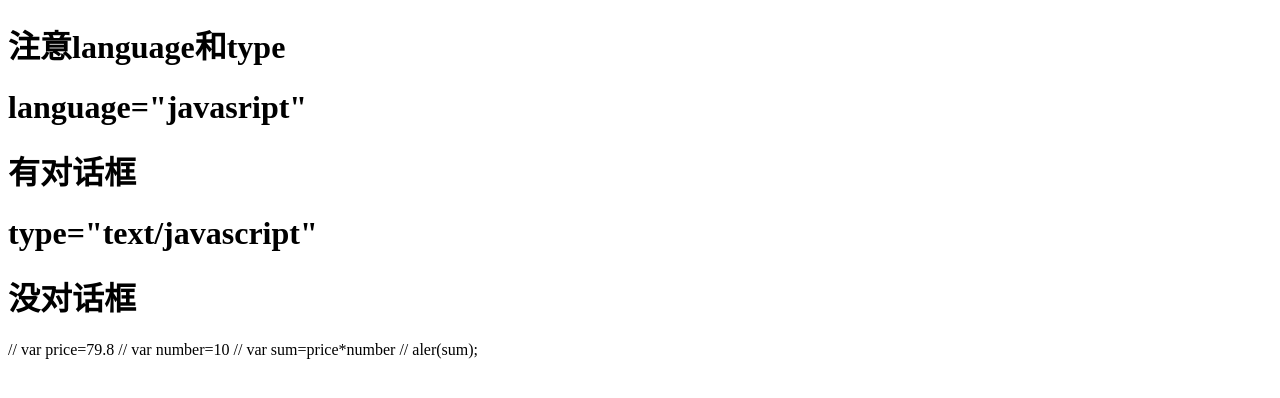
Repository: bookFireFly/bookFireFly
Page: JavaScriptMingriBook/Main/01算术运算符.html
The author's editor kept a copy of each file at every save. The page is drawn from the files as they stood at one save, then again after the next save.
The browser window is 1280 px wide. The pictures show the whole page.

Above is the page before, as saved 2017-10-18 09:41:38.

After the next save:
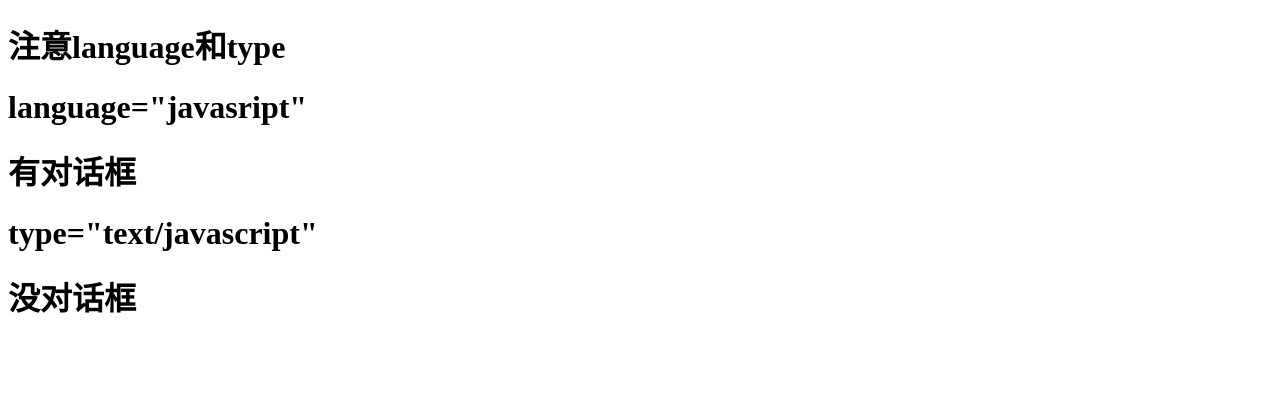
Console error: ReferenceError: aler is not defined
Saved 54 s later.
--- a/JavaScriptMingriBook/Main/01算术运算符.html
+++ b/JavaScriptMingriBook/Main/01算术运算符.html
@@ -16,11 +16,11 @@ aler(sum);
 </script>
 <h1>type="text/javascript"</h1>
 <h1>没对话框</h1>
-<!-- <script type="text/javascript"> -->
-// var price=79.8
-// var number=10
-// var sum=price*number
-// aler(sum);
-<!-- </script> -->
+<script type="text/javascript">
+ var price=79.8
+ var number=10
+ var sum=price*number
+ aler(sum);
+</script>
 </body>
 </html>
